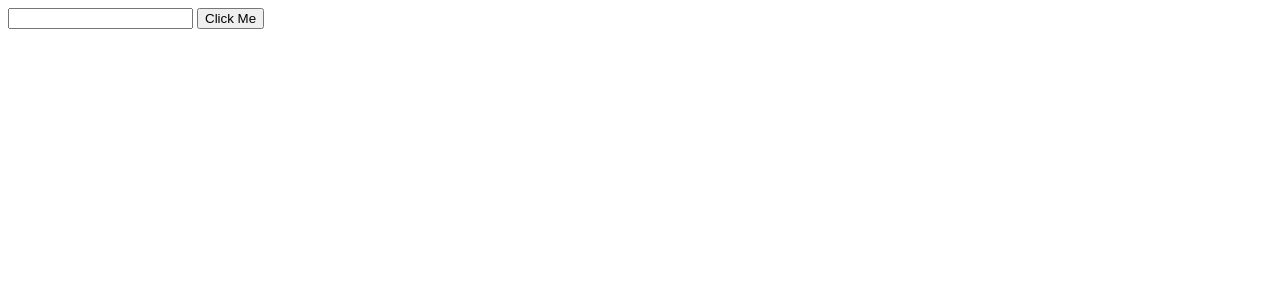
Repository: poornimakole/PRJS
Page: JS/JSDemo/WebContent/first.html
The author's editor kept a copy of each file at every save. The page is drawn from the files as they stood at one save, then again after the next save.
The browser window is 1280 px wide. The pictures show the whole page.

Above is the page before, as saved 2017-11-16 05:44:00.

### JS/JSDemo/WebContent/first.html
<!DOCTYPE html>
<html>
<head>
<meta charset="ISO-8859-1">
<title>Insert title here</title>
</head>
<body>
  <input type="text" id="name"/>
  <input type="button" id="btn" value="Click Me">
  <script type="text/javascript">

  document.getElementById("btn").click=function(){
	  var n=document.getElementById("name").value();
	  setItem('name',n);

  }

  </script>
</body>
</html>

After the next save:
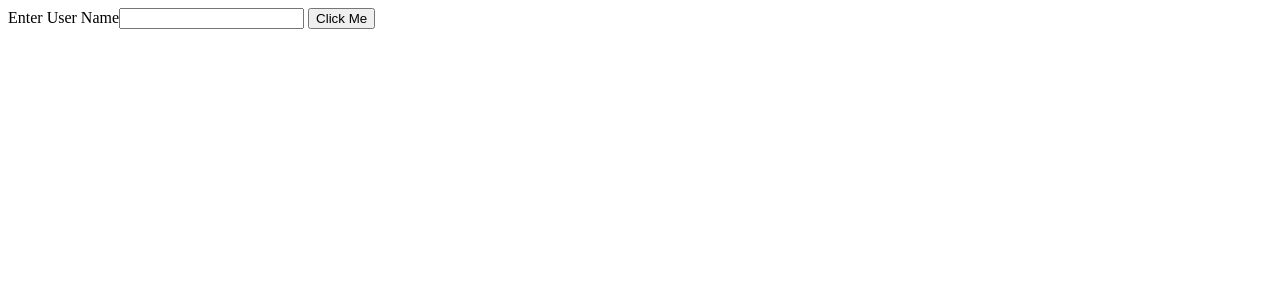
Saved 94 s later.
--- a/JS/JSDemo/WebContent/first.html
+++ b/JS/JSDemo/WebContent/first.html
@@ -5,7 +5,7 @@
 <title>Insert title here</title>
 </head>
 <body>
-  <input type="text" id="name"/>
+  Enter User Name<input type="text" id="name"/>
   <input type="button" id="btn" value="Click Me">
   <script type="text/javascript">
 
